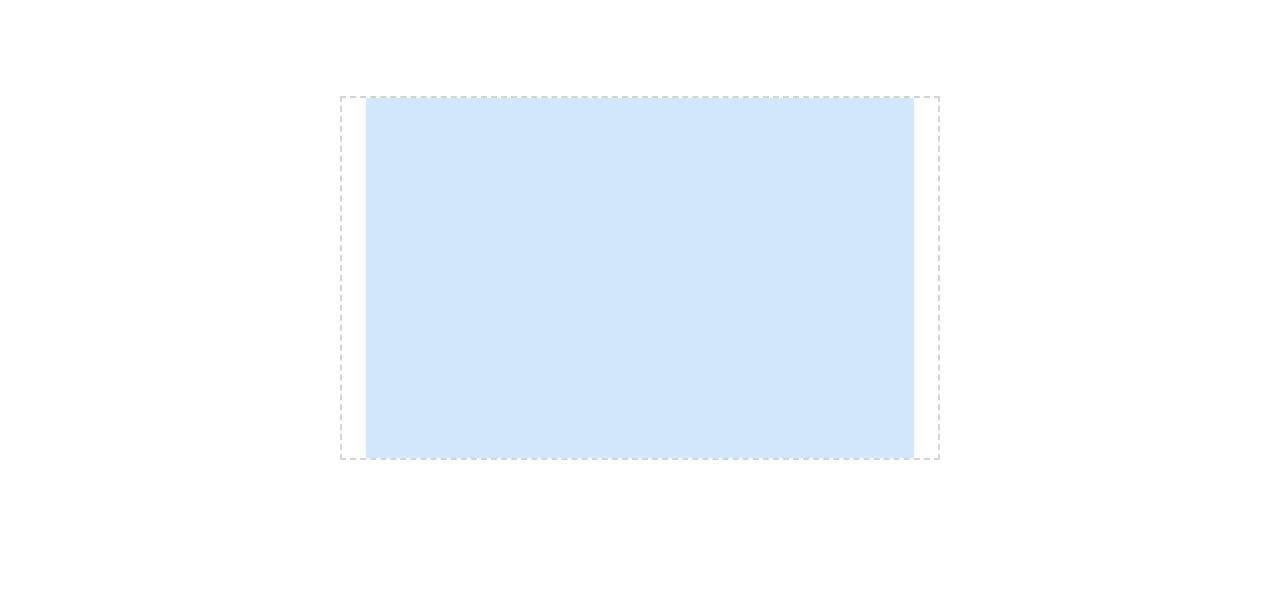
Repository: BhushanPatil-121/pdf-upload-nextjs
Page: /
The author's editor kept a copy of each file at every save. The page is drawn from the files as they stood at one save, then again after a run of saves.
The browser window is 1280 px wide. The pictures show the whole page.
The project was rebuilt for these pictures with package versions that can differ from the ones it lists, and the page was loaded fresh each time. The framework's server and built-in components were replaced by stand-ins that run in the browser. Also part of the build but not shown: next.config.mjs.

Above is the page before, as saved 2024-02-29 11:28:18.

### src/app/page.tsx
"use client"
import styles from "./page.module.css";
import { styled } from '@mui/material/styles';
import Button from '@mui/material/Button';
import CloudUploadIcon from '@mui/icons-material/CloudUpload';
import { useState } from 'react';
import { Alert, Box, Card, Container, Stack, TextField } from "@mui/material";
import InsertDriveFileIcon from '@mui/icons-material/InsertDriveFile';
import SendIcon from '@mui/icons-material/Send';
import LoadingButton from '@mui/lab/LoadingButton';
import { CloudDownload } from "@mui/icons-material";

const VisuallyHiddenInput = styled('input')({
  clip: 'rect(0 0 0 0)',
  clipPath: 'inset(50%)',
  height: 1,
  overflow: 'hidden',
  position: 'absolute',
  bottom: 0,
  left: 0,
  whiteSpace: 'nowrap',
  width: 1,
});

export default function Home() {
  const [loading, setLoading] = useState(false);
  const [uploading, setUploding] = useState(false);
  const [fileName, setFileName] = useState<string>("")
  const [defaultFileName, setDefaultFileName] = useState<string>("")
  const [file, setFile] = useState<string>("")
  function handleClick(e: any) {
    setLoading(true);
    setTimeout(() => setLoading(false), 3000);
    setTimeout(() => {
      setUploding(true)
      setFileName("")
      setFile("")
    }, 3000);
    setTimeout(() => setUploding(false), 6000);
    e.preventDefault();
    let formData = new FormData();
    formData.append('filename', fileName);
    formData.append('file', file);
    console.log(fileName, file);
  }
  return (
    <main className={styles.main}>
      <Container maxWidth="sm" className={styles.mainContainer }>
        <Box sx={{ bgcolor: '#cfe8fc', height: '50vh' }}>

        </Box>
      </Container>
    </main>
  );
}

### src/app/globals.css


* {
  box-sizing: border-box;
  padding: 0;
  margin: 0;
}

html,
body {
  max-width: 100vw;
  overflow-x: hidden;
}


a {
  color: inherit;
  text-decoration: none;
}

### src/app/page.module.css
.main {
  display: flex;
  flex-direction: column;
  justify-content: start;
  gap: 20px;
  align-items: center;
  padding: 6rem 0;
  min-height: 100vh;
}

.mainContainer {
  /* display: flex;
  flex-direction: column;
  justify-content: center;
  align-items: center;
  padding: 50px 100px; */
  border: dashed 2px lightgrey;
}

.mainHeading {
  color: grey;
}

.mainForm {
  display: flex;
  flex-direction: column;
  align-items: center;
  justify-content: center;
  width: 100%;
  padding: 10px;
  border-radius: 10px;
}

.mainFormContainer {
  display: flex;
  flex-direction: column;
  align-items: center;
  justify-content: center;
  width: 100%;
  height: 100%;
  border: 1px solid grey;
  border-radius: 5px;
  padding: 10px;
  gap: 10px;
  margin: 20px;
}

.mainFormSubContainer1 {
  display: flex;
  flex-direction: row;
  align-items: center;
  justify-content: center;
  gap: 10px;
  width: 100%;
}

.mainFormSubContainer2 {
  display: flex;
  flex-direction: row;
  align-items: center;
  justify-content: space-evenly;
  gap: 10px;
  width: 100%;

}

Loaded but not shown: src/app/layout.tsx (common file)

After the next 5 saves:
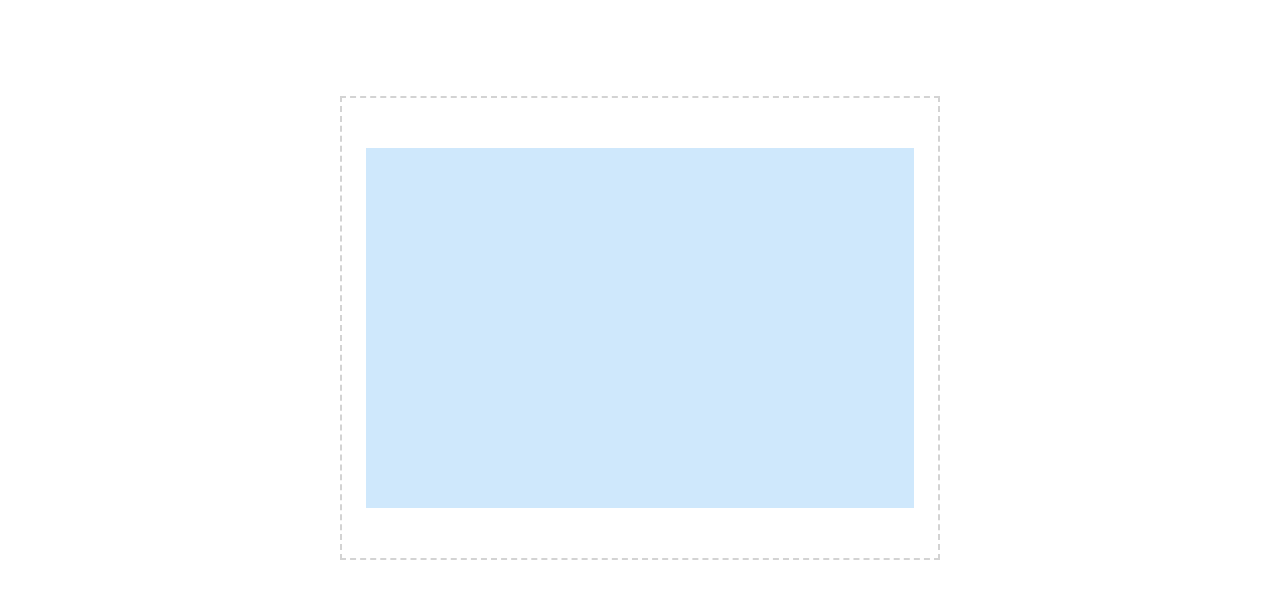
The 5 saves are shown as one change because they came seconds apart.
The last was saved 20 s later.
--- a/src/app/page.module.css
+++ b/src/app/page.module.css
@@ -9,11 +9,11 @@
 }
 
 .mainContainer {
-  /* display: flex;
+  display: flex;
   flex-direction: column;
   justify-content: center;
   align-items: center;
-  padding: 50px 100px; */
+  padding: 50px 100px;
   border: dashed 2px lightgrey;
 }
 

After the save that followed:
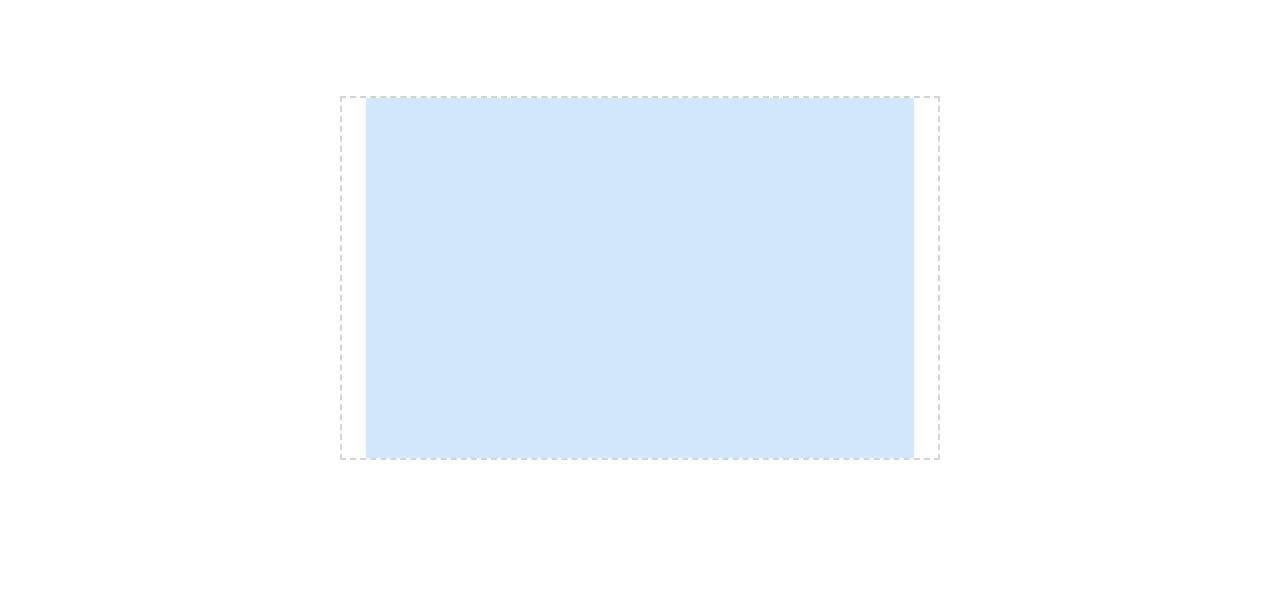
Saved 43 s later.
--- a/src/app/page.module.css
+++ b/src/app/page.module.css
@@ -13,7 +13,7 @@
   flex-direction: column;
   justify-content: center;
   align-items: center;
-  padding: 50px 100px;
+  padding: 0px 100px;
   border: dashed 2px lightgrey;
 }
 
